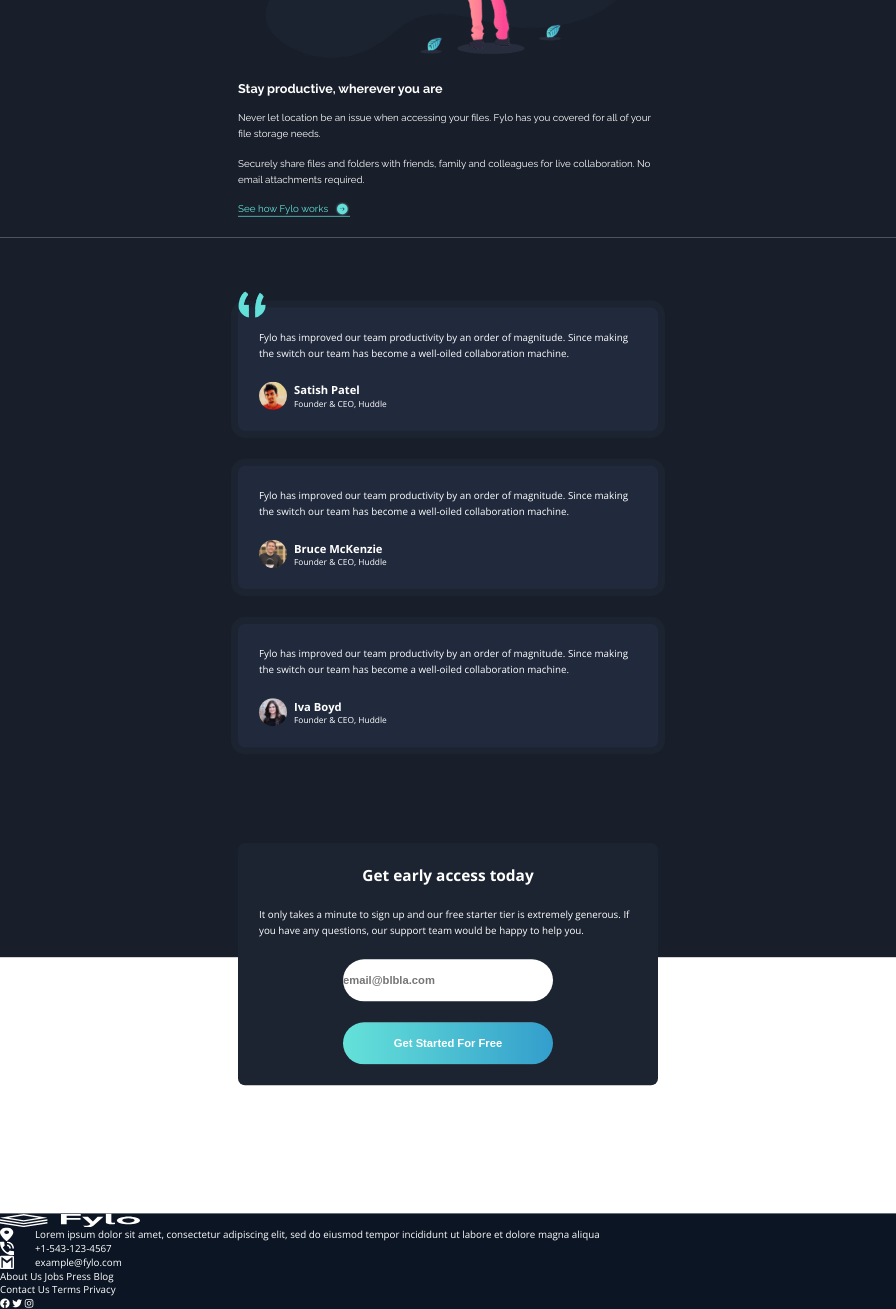
Repository: tomas938/fylo-dark-theme-landing-page-master
Page: index.html
The author's editor kept a copy of each file at every save. The page is drawn from the files as they stood at one save, then again after the next save.
The browser window is 1280 px wide. The pictures show the part of the page from y = 2329 to 4249 px (the page is 4199 px tall before and 4249 px after), at 70% of full size.
Some web libraries are served in a nearby version. The style sheet was rebuilt from its Sass, Less or Tailwind sources for each picture, by a compiler version that may differ from the author's.

Above is the page before, as saved 2021-08-05 17:37:30.

After the next save:
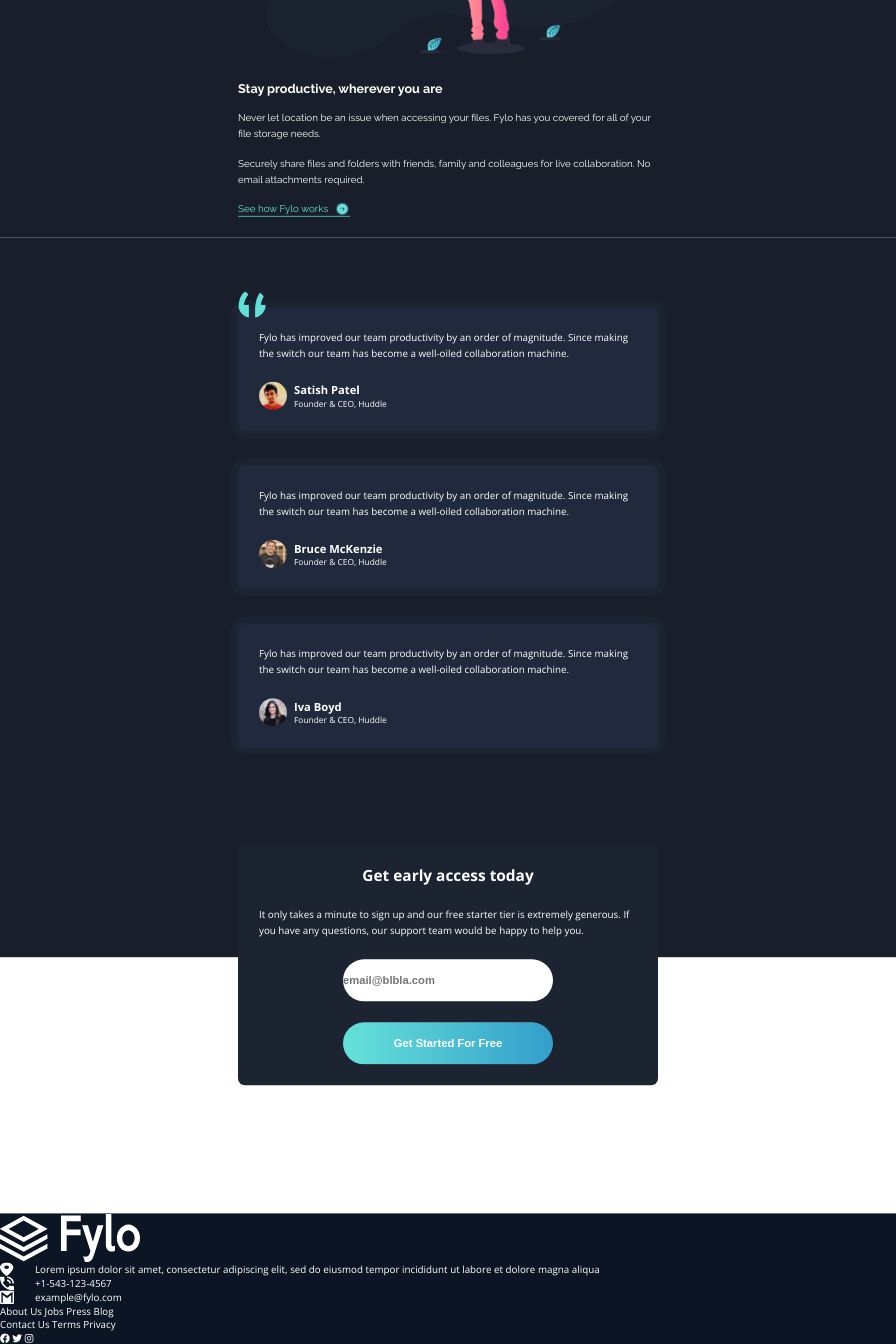
Saved 8 s later.
--- a/scss/_partials/_footer.scss
+++ b/scss/_partials/_footer.scss
@@ -14,6 +14,7 @@
 	}
 	.logo {
 		width: 20rem;
+		height: 7rem;
 	}
 	img {
 		width: 2rem;
